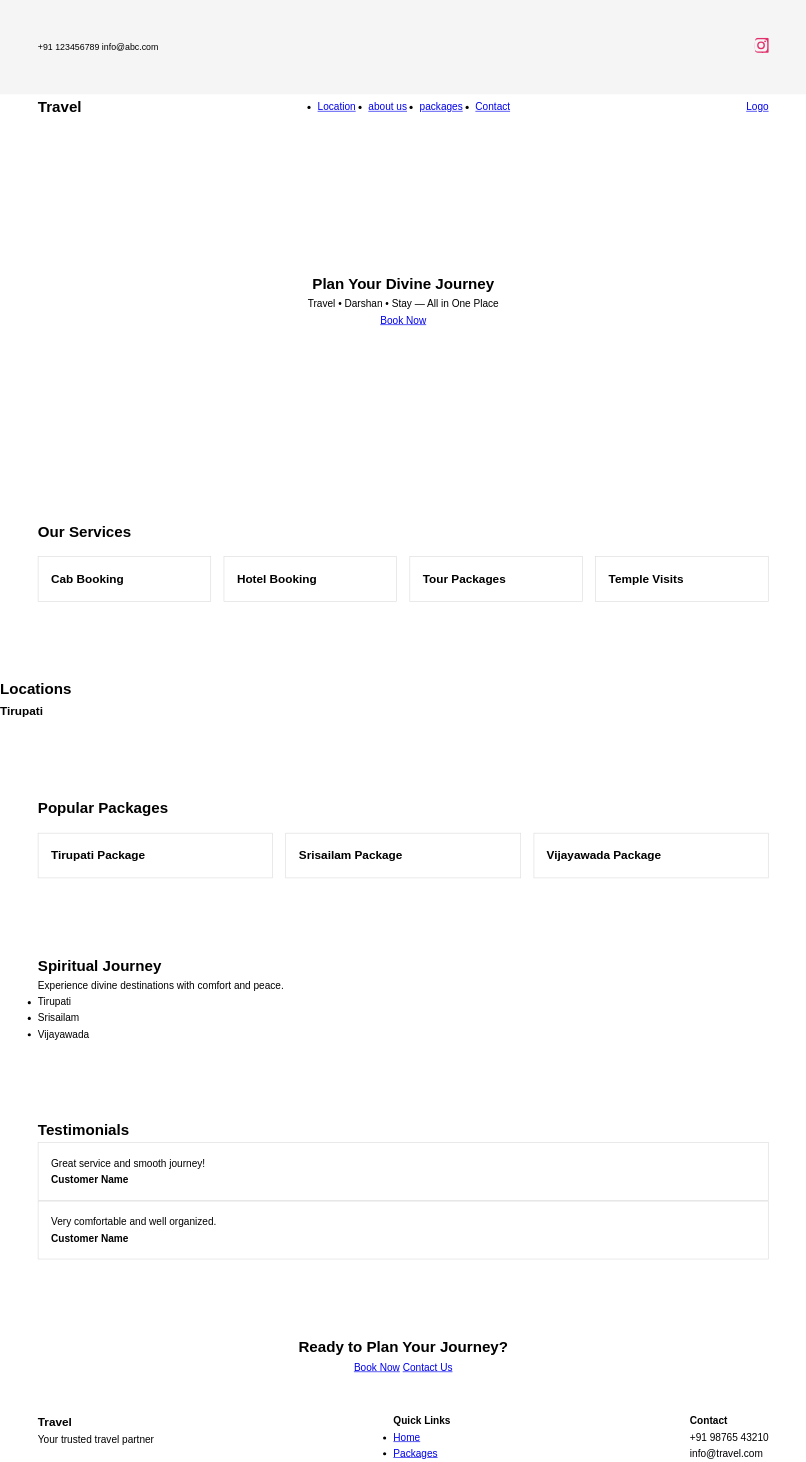
Repository: heytirupati/Bookingweb
Page: index.html
These files come from the project's save history. The page is drawn as it stood at one moment and after the next save; the edit follows.
The browser window is 1280 px wide. The pictures show the whole page, at 63% of full size.

Above is the page before, as saved 2026-03-27 11:54:46.

### index.html
<!DOCTYPE html>

<html lang="en">


    <link rel="stylesheet" href="css/style.css">
<head>
    <meta charset="UTF-8">
    <meta name="viewport" content="width=device-width, initial-scale=1.0">
    <title> Travel Website</title>
</head>
<body>


<!-- this is top bar section  -->
    <section class="top-bar">
        <div class="container">
            <div class="top-left">
                <span> +91 123456789</span>
                <span>info@abc.com</span>
            </div>
            <div class="top-right"></div>
            <a href="instalink here" target="_blank">
                <svg xmlns="http://www.w3.org/2000/svg" width="24" height="24" fill="#E1306C" viewBox="0 0 24 24">
                    <path d="M12 2.163c3.204 0 3.584.012 4.849.07 1.366.062 2.633.34 3.608 1.316.975.975 1.254 2.242 1.316 3.608.058 1.265.069 1.645.069 4.849s-.012 3.584-.07 4.849c-.062 1.366-.34 2.633-1.316 3.608-.975.975-2.242 1.254-3.608 1.316-1.265.058-1.645.069-4.849.069s-3.584-.012-4.849-.07c-1.366-.062-2.633-.34-3.608-1.316-.975-.975-1.254-2.242-1.316-3.608C2.175 15.584 2.163 15.204 2.163 12s.012-3.584.07-4.849c.062-1.366.34-2.633 1.316-3.608C4.524 2.573 5.791 2.294 7.157 2.232 8.422 2.175 8.802 2.163 12 2.163zm0-2.163C8.741 0 8.332.013 7.052.072 5.78.131 4.658.414 3.732 1.34 2.806 2.266 2.523 3.388 2.464 4.66 2.405 5.941 2.392 6.35 2.392 12c0 5.65.013 6.059.072 7.34.059 1.272.342 2.394 1.268 3.32.926.926 2.048 1.209 3.32 1.268 1.281.059 1.69.072 7.34.072s6.059-.013 7.34-.072c1.272-.059 2.394-.342 3.32-1.268.926-.926 1.209-2.048 1.268-3.32.059-1.281.072-1.69.072-7.34s-.013-6.059-.072-7.34c-.059-1.272-.342-2.394-1.268-3.32-.926-.926-2.048-1.209-3.32-1.268C18.059.013 17.65 0 12 0z"/>
                    <path d="M12 5.838a6.162 6.162 0 1 0 0 12.324 6.162 6.162 0 0 0 0-12.324zm0 10.162a3.999 3.999 0 1 1 0-7.998 3.999 3.999 0 0 1 0 7.998z"/>
                    <circle cx="18.406" cy="5.594" r="1.44"/>

                </svg>
            </a>

        </div>

    </section>



    <!-- this is nav section  -->

    <header class="navbar">
        <div class="container">
            <div class="logo">
                <h2>Travel</h2>
            </div>

            <nav class="nav-menu">
                <ul>
                    <li><a href="#">Location</a></li>
                    <li><a href="#">about us</a></li>
                    <li><a href="#">packages</a></li>
                    <li><a href="#">Contact</a></li>

                </ul>

            </nav>
            <div class="top-left">
                <a href="#">Logo</a>

            </div>

        </div>

    </header>

    <section class="hero">
        <div class="container">
            <h1>Plan Your Divine Journey</h1>
            <p>Travel • Darshan • Stay — All in One Place</p>
            <div class="nav-btn">
                <a href="#">Book Now</a>
            </div>
        </div>
    </section>

<section class="services">
    <div class="container">
        <h2>Our Services</h2>
        <div class="service-cards">

            <div class="card">
                <h3>Cab Booking</h3>
            </div>

            <div class="card">
                <h3>Hotel Booking</h3>
            </div>

            <div class="card">
                <h3>Tour Packages</h3>
            </div>

            <div class="card">
                <h3>Temple Visits</h3>
            </div>

        </div>
    </div>
</section>


<!-- this is Location section  -->

<section class="locations">
    <h2>Locations</h2>
            <div class="location-card">
                <h3>Tirupati</h3>
            </div>

</section>


<!-- this is popular package section  -->
<section class="packages">
        <div class="container">
            <h2>Popular Packages</h2>
            <div class="package-cards">

                <div class="card">
                    <h3>Tirupati Package</h3>
                </div>

                <div class="card">
                    <h3>Srisailam Package</h3>
                </div>

                <div class="card">
                    <h3>Vijayawada Package</h3>
                </div>

            </div>
        </div>
    </section>
<!-- this is Spirtual Journey section  -->
    <section class="spiritual">
        <div class="container">
            <div class="spiritual-content">
                <h2>Spiritual Journey</h2>
                <p>
                    Experience divine destinations with comfort and peace.
                </p>
                <ul>
                    <li>Tirupati</li>
                    <li>Srisailam</li>
                    <li>Vijayawada</li>
                </ul>

            </div>
            <div class="spiritual-image">
                <!-- Image goes here -->
            </div>
        </div>

    </section>
<!-- 8. Testimonials -->
    <section class="testimonials">
        <div class="container">
            <h2>Testimonials</h2>
            <div class="testimonial-cards">

                <div class="card">
                    <p>Great service and smooth journey!</p>
                    <h4>Customer Name</h4>
                </div>

                <div class="card">
                    <p>Very comfortable and well organized.</p>
                    <h4>Customer Name</h4>
                </div>

            </div>
        </div>
    </section>

    <!-- 9. CTA Section -->
    <section class="cta">
        <div class="container">
            <h2>Ready to Plan Your Journey?</h2>
            <a href="#">Book Now</a>
            <a href="#">Contact Us</a>
        </div>
    </section>

    <!-- 10. Footer -->
    <footer class="footer">
        <div class="container">

            <div class="footer-col">
                <h3>Travel</h3>
                <p>Your trusted travel partner</p>
            </div>

            <div class="footer-col">
                <h4>Quick Links</h4>
                <ul>
                    <li><a href="#">Home</a></li>
                    <li><a href="#">Packages</a></li>
                </ul>
            </div>

            <div class="footer-col">
                <h4>Contact</h4>
                <p>+91 98765 43210</p>
                <p>info@travel.com</p>
            </div>

        </div>
    </footer>











</body>
</html>

### css/style.css
* {
    margin: 0;
    padding: 0;
    box-sizing:border-box ;

}

body{
    font-family: Arial,sans-serif;
    line-height: 1.6;
}

.container{
    max-width: 1200px;
    margin: auto;
    padding: 0 20px;
}

section{
    padding: 60px 0;
}

.flex{
    display: flex;
    justify-content: space-between;
    align-items: center;
}

.top-bar{
    background-color : #f5f5f5 ;
    font-size: 14px;
}

.top-bar .container{
    display: flex;
    justify-content: space-between;
    align-items: center;
}

.navbar{
    background-color: #fff;

}

.navbar .container{
    display: flex;
    justify-content: space-between;
    align-items: center;
}
.nav-menu ul{
    display: flex;
    justify-content: space-between;
    gap: 20px;
}

.hero{
    height: 80vh;
    display: flex;
    align-items: center;
    text-align: center;
}

.service-cards,
.package-cards,
.testimonal-cards{
    display: flex;
    gap: 20px;
    margin-top: 20px;
}

.card{
    flex:1;
    padding: 20px;
    border: 1px solid #ddd;
}

.spiritual .container{
    display: flex;
    gap: 40p;
    align-items: center;



}.spiritual-content{
    flex: 1;

}
.spiritual-image{
    flex: 1;
}

.cta{
    text-align: center;
}

.footer .container{
    display: flex;
    justify-content: space-between;
    gap: 20px;
}

After the next save:
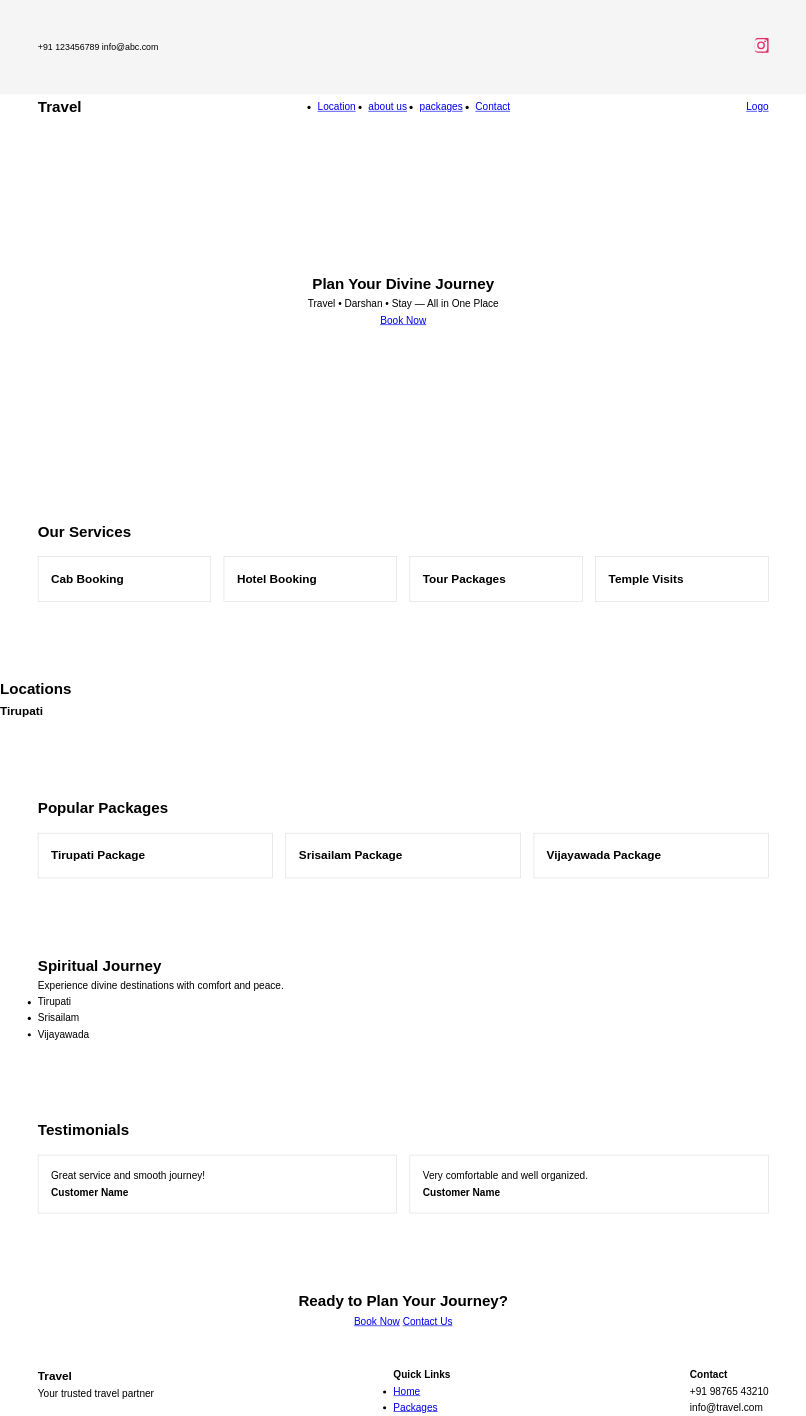
Saved 59 s later.
--- a/css/style.css
+++ b/css/style.css
@@ -62,7 +62,7 @@ section{
 
 .service-cards,
 .package-cards,
-.testimonal-cards{
+.testimonial-cards{
     display: flex;
     gap: 20px;
     margin-top: 20px;
